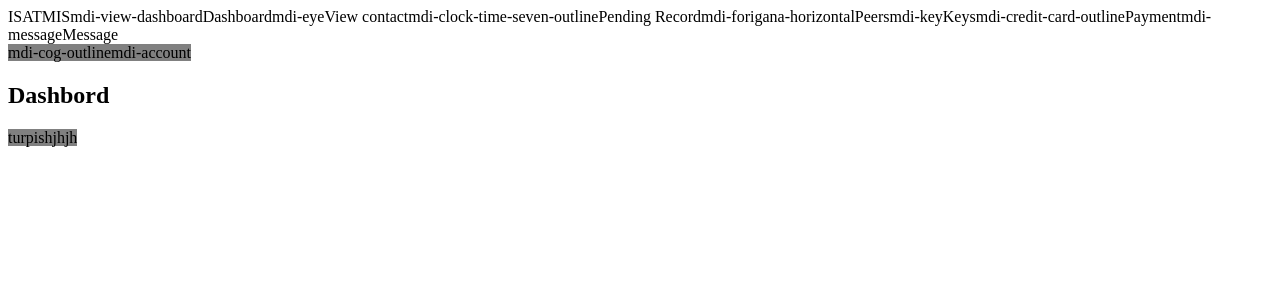
Repository: umarrg/isatmis
Page: /home
An editor plug-in stored every save of this project. The page is shown before and after the next save, followed by the edit.
The browser window is 1280 px wide. The pictures show the whole page.
The project was rebuilt for these pictures with package versions that can differ from the ones it lists, and the page was loaded fresh each time. Also part of the build but not shown: vue.config.js. Imported but missing from the stored project, and not drawn on this page: src/plugins/vuetify.

Above is the page before, as saved 2021-01-26 00:23:58.

After the next save:
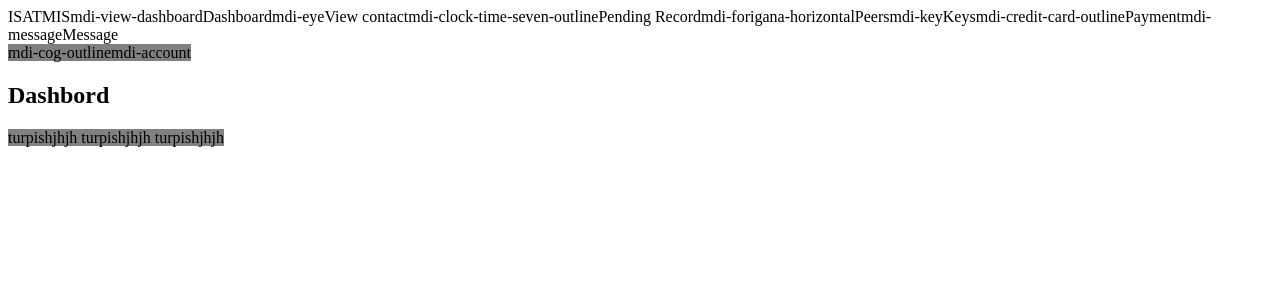
Saved 11 s later.
--- a/src/views/Home.vue
+++ b/src/views/Home.vue
@@ -41,6 +41,16 @@
             turpishjhjh
           </v-alert>
         </v-col>
+        <v-col cols="12" md="3" sm="6">
+          <v-alert border="bottom" colored-border color="blue" elevation="2">
+            turpishjhjh
+          </v-alert>
+        </v-col>
+        <v-col cols="12" md="3" sm="6">
+          <v-alert border="bottom" colored-border color="blue" elevation="2">
+            turpishjhjh
+          </v-alert>
+        </v-col>
       </v-row>
     </v-container>
   </v-app>
